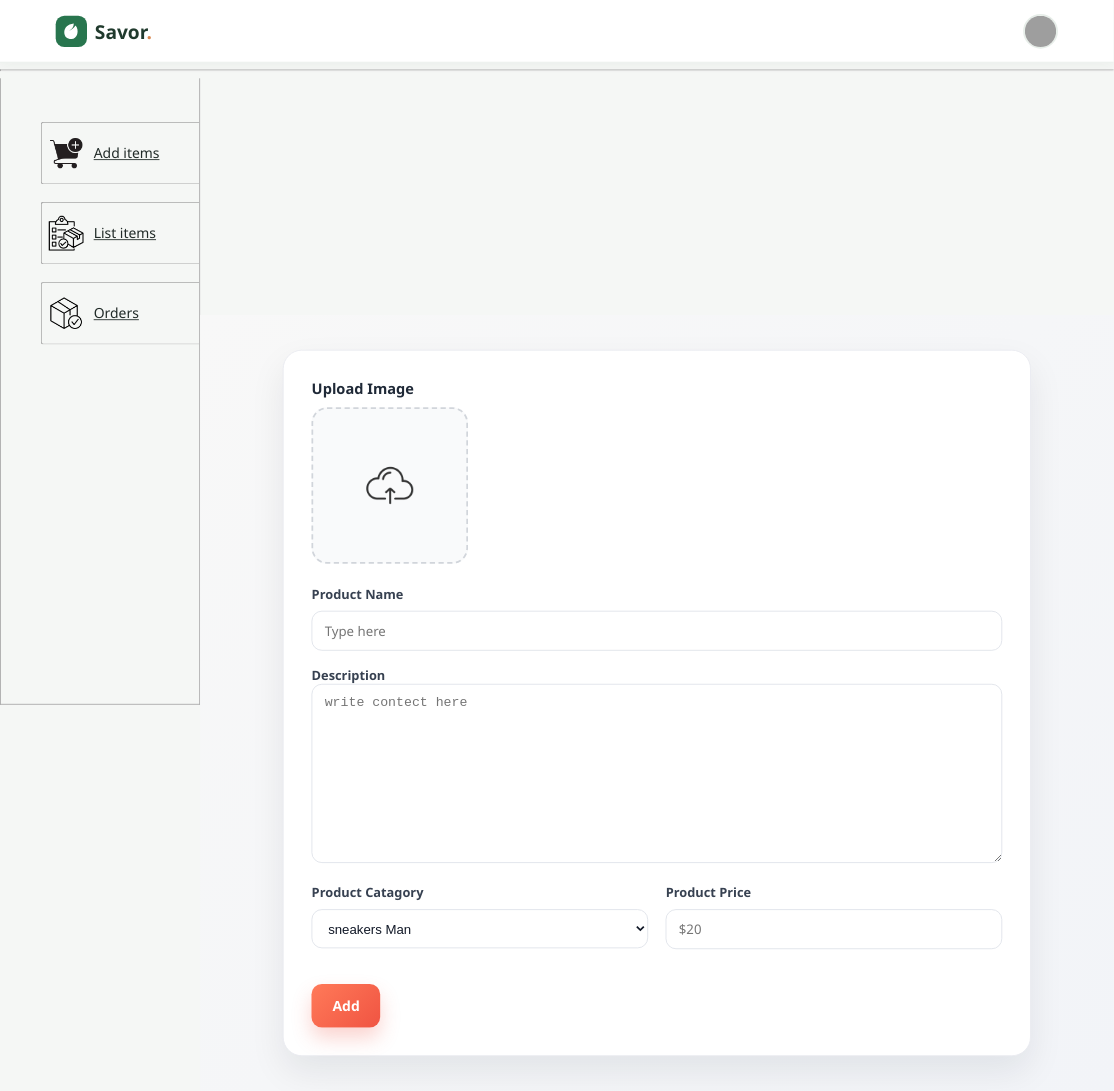
Repository: prince44991/Ecommerce-Project-Full-Stack
Page: /Additem (app in admin/my-react-app/)
An editor plug-in stored every save of this project. The page is shown before and after the next save, followed by the edit.
The browser window is 1280 px wide. The pictures show the whole page, at 87% of full size.
Pictures or frames that could not be fetched are drawn as grey boxes. The project was rebuilt for these pictures with package versions that can differ from the ones it lists, and the page was loaded fresh each time. Also part of the build but not shown: admin/my-react-app/vite.config.js, admin/my-react-app/src/pages/Order/Order.jsx, admin/my-react-app/src/pages/List/List.jsx.

Above is the page before, as saved 2026-09-29 21:19:48.

### admin/my-react-app/index.html
<!doctype html>
<html lang="en">
  <head>
    <meta charset="UTF-8" />
    <link rel="icon" type="image/svg+xml" href="/favicon.svg" />
    <meta name="viewport" content="width=device-width, initial-scale=1.0" />
    <title>my-react-app</title>
  </head>
  <body>
    <div id="root"></div>
    <script type="module" src="/src/main.jsx"></script>
  </body>
</html>

### admin/my-react-app/src/index.css
:root {
  font-family: 'DM Sans', 'Segoe UI', sans-serif;
  font-synthesis: none;
  text-rendering: optimizeLegibility;
  -webkit-font-smoothing: antialiased;
  -moz-osx-font-smoothing: grayscale;
  font-optical-sizing: auto;
  font-weight: 400;
  color: #202a27;
  background: #f5f7f5;
}

* {
  box-sizing: border-box;
}

body {
  min-width: 320px;
  min-height: 100vh;
  margin: 0;
}

button,
input {
  font: inherit;
}

a {
  color: inherit;
}

### admin/my-react-app/src/App.jsx
import Navbar from './components/Navbar/Navbar.jsx'
import Sliderbar from './components/Sliderbar/Sliderbar.jsx'
import { BrowserRouter, Route, Routes } from "react-router-dom"
import Add from './pages/Add/Add.jsx'
import Order from './pages/Order/Order.jsx'
import List from './pages/List/List.jsx'
function App() {
  return (
    <>
    <BrowserRouter>
    <Navbar />
    <hr/>
    <Sliderbar/>
    <Routes>
      <Route path='/Additem' element={<Add/>} />
      <Route path='/Listitem' element={<List/>} />
      <Route path='/Orders' element={<Order/>} />
    </Routes>
    </BrowserRouter>
    </>
  )
}

export default App

### admin/my-react-app/src/components/Navbar/Navbar.jsx
import React from 'react'
import './Navbar.css'

const Navbar = () => {
  return (
    <header className="navbar">
      <a className="navbar__brand" href="#dashboard" aria-label="Savor admin dashboard">
        <span className="navbar__logo" aria-hidden="true">
          <svg viewBox="0 0 32 32" fill="none">
            <path d="M16 27c-6.2 0-10-4.2-10-9.7C6 11.6 10.5 6 19.5 5c-.2 5.6-2.7 8.3-6.8 10.2 3.4-1.1 7-3.7 9.2-7.4C27.7 14 24.8 27 16 27Z" fill="currentColor" />
            <path d="M9 23c3.2-4.2 6.1-6.3 10.8-8.4" stroke="white" strokeWidth="1.8" strokeLinecap="round" />
          </svg>
        </span>
        <span className="navbar__name">Savor<span>.</span></span>
      </a>

      <img
        className="navbar__avatar"
        src="https://images.unsplash.com/photo-1534528741775-53994a69daeb?auto=format&fit=crop&w=128&h=128&q=80"
        alt="Admin profile"
      />
    </header>
  )
}

export default Navbar

### admin/my-react-app/src/components/Sliderbar/Sliderbar.jsx
import React from 'react'
import './Sliderbar.css'
import item from '../../assets/add-to-cart.png';
import list from '../../assets/list-items.png';
import order from '../../assets/package.png';
import { NavLink } from 'react-router-dom';
const Sliderbar = () => {
  return (
    <div>
    <div className="sidebar">
        <div className="sidbar-options">
            <div className="sidbar-option">
                <img src={item} alt="" />
                <NavLink to="/Additem"><p className='par'>Add items</p></NavLink>
            </div>
            <div className="sidbar-option">
                <img src={list} alt="" />
                <NavLink to="/Listitem"><p className='par'>List items</p></NavLink>
            </div>
            <div className="sidbar-option">
                <img src={order} alt="" />
                <NavLink to="/Orders"><p className='par'>Orders</p></NavLink>
            </div>
        </div>
    </div>
    </div>
  )
}

export default Sliderbar

### admin/my-react-app/src/pages/Add/Add.jsx
/** @format */

import React from "react";
import cloud from "../../assets/cloud-computing.png";
import "./Add.css";
const Add = () => {
  return (
    <div className="add">
      <form>
        <div className="add-img-upload flex-col mt-4">
          <h4>Upload Image</h4>
          <label htmlFor="image">
            <img src={cloud} />
          </label>
          <input type="file" id="image" hidden required />
        </div>
        <div className="add-product-name flex-col">
          <p>product name</p>
          <input type="text" name="name" placeholder="Type here" id="image" />
        </div>
        <div className="add-product-description">
          <p>description</p>
          <textarea
            name="description"
            rows="10"
            cols="30"
            placeholder="write contect here"
          ></textarea>
        </div>
        <div className="add-catagory-price">
          <div className="add-catagory flex-col">
            <p>Product catagory</p>
            <select name="catagory">
              <option value="sneakers Man">sneakers Man</option>
              <option value="Loafers">Loafers</option>
              <option value="Sports & Athletic Shoes">
                Sports & Athletic Shoes
              </option>
              <option value="Oxfords">Oxfords</option>
              <option value="Chelsea Boots">Chelsea Boots</option>
              <option value="Flats / Ballerinas">Flats / Ballerinas</option>
              <option value="Heels">Heels</option>
              {/* <option value="Chelsea Boots"></option> */}
            </select>
          </div>

          <div className="add-price flex-col">
            <p>product price</p>
            <input type="number" name="price" placeholder="$20" />
          </div>
        </div>
        <button>Add</button>
      </form>
    </div>
  );
};

export default Add;

### admin/my-react-app/src/components/Navbar/Navbar.css
.navbar {
	display: flex;
	width: 100%;
	min-height: 72px;
	align-items: center;
	justify-content: space-between;
	gap: 24px;
	padding: 0 clamp(18px, 5vw, 64px);
	border-bottom: 1px solid #e8eeea;
	background: #fff;
	box-shadow: 0 3px 14px rgb(30 59 43 / 5%);
}

.navbar__brand {
	display: inline-flex;
	flex: 0 0 auto;
	align-items: center;
	gap: 9px;
	color: #203a2d;
	text-decoration: none;
}

.navbar__logo {
	display: grid;
	width: 36px;
	height: 36px;
	place-items: center;
	border-radius: 10px;
	color: #fff;
	background: #28754e;
}

.navbar__logo svg {
	width: 26px;
	height: 26px;
}

.navbar__name {
	font-size: 22px;
	font-weight: 700;
}

.navbar__name span {
	color: #d98750;
}

.navbar__avatar {
	width: 40px;
	height: 40px;
	flex: 0 0 auto;
	border: 2px solid #e7eee9;
	border-radius: 50%;
	object-fit: cover;
	object-position: center 38%;
}

.navbar__brand:focus-visible {
	outline: 2px solid #28754e;
	outline-offset: 4px;
}

@media (max-width: 560px) {
	.navbar {
		min-height: 64px;
		gap: 18px;
		padding: 0 18px;
	}
}

### admin/my-react-app/src/components/Sliderbar/Sliderbar.css
img{
    width: 40px;
}

.sidebar{
    width: 18%;
     min-height: 100vh;
    border: 1.5px solid #a9a9a9;
    border-top: 0;
}
.sidbar-options{
    padding-top: 50px;
    padding-left: 20%;
    display: flex;
    flex-direction: column;
    gap: 20px;
}
.sidbar-option{
    display: flex;
     align-items: center;
    gap: 12px;
    border: 1px solid #a9a9a9;
    border-right: 0;
    padding: 8px;
    border-radius: 3px 0px 0px 3px;
    cursor: pointer;
     /* text-decoration: none; */
}
.par{
    text-decoration: none;
}

### admin/my-react-app/src/pages/Add/Add.css
.add {
  display: flex;
  justify-content: center;
  align-items: flex-start;
  padding: 40px 20px;
  background: linear-gradient(135deg, #f8f8f8 0%, #f2f4f8 100%);
  min-height: calc(100vh - 80px);
  margin-top:-35vw;
  margin-left: 18vw;
}

.add form {
  width: min(860px, 100%);
  background: #ffffff;
  border: 1px solid #e9ebf0;
  border-radius: 22px;
  padding: 32px;
  box-shadow: 0 18px 40px rgba(17, 24, 39, 0.08);
}

.flex-col {
  display: flex;
  flex-direction: column;
  gap: 10px;
}

.add-img-upload {
  margin-bottom: 24px;
}

.add-img-upload h4 {
  margin: 0;
  font-size: 1.05rem;
  font-weight: 700;
  color: #1f2937;
}

.add-img-upload label {
  width: 180px;
  height: 180px;
  border: 2px dashed #d1d5db;
  border-radius: 18px;
  background: #f9fafb;
  display: flex;
  justify-content: center;
  align-items: center;
  cursor: pointer;
  transition: all 0.25s ease;
}

.add-img-upload label:hover {
  border-color: #ff7a59;
  background: #fff4f1;
}

.add-img-upload img {
  width: 54px;
  height: 54px;
  object-fit: contain;
  opacity: 0.8;
}

.add-product-name,
.add-product-description,
.add-catagory,
.add-price {
  margin-bottom: 18px;
}

.add-product-name p,
.add-product-description p,
.add-catagory p,
.add-price p {
  margin: 0;
  font-size: 0.92rem;
  font-weight: 600;
  text-transform: capitalize;
  color: #374151;
}

.add input,
.add textarea,
.add select {
  width: 100%;
  border: 1px solid #dfe3ea;
  border-radius: 12px;
  padding: 12px 14px;
  background: #ffffff;
  color: #111827;
  font-size: 0.95rem;
  transition: border 0.2s ease, box-shadow 0.2s ease;
}

.add input:focus,
.add textarea:focus,
.add select:focus {
  outline: none;
  border-color: #ff855a;
  box-shadow: 0 0 0 4px rgba(255, 133, 90, 0.12);
}

.add textarea {
  min-height: 140px;
  resize: vertical;
}

.add-catagory-price {
  display: grid;
  grid-template-columns: repeat(2, minmax(220px, 1fr));
  gap: 20px;
  margin-bottom: 22px;
}

.add button {
  border: none;
  border-radius: 12px;
  background: linear-gradient(135deg, #ff7a59 0%, #f05442 100%);
  color: #fff;
  font-size: 1rem;
  font-weight: 700;
  padding: 14px 24px;
  cursor: pointer;
  transition: transform 0.2s ease, box-shadow 0.2s ease;
  box-shadow: 0 12px 22px rgba(240, 84, 66, 0.25);
}

.add button:hover {
  transform: translateY(-1px);
  box-shadow: 0 16px 28px rgba(240, 84, 66, 0.28);
}

@media (max-width: 640px) {
  .add {
    padding: 20px 14px;
  }

  .add form {
    padding: 20px 16px;
    border-radius: 16px;
  }

  .add-catagory-price {
    grid-template-columns: 1fr;
    gap: 14px;
  }

  .add-img-upload label {
    width: 100%;
    max-width: 210px;
    height: 150px;
  }
}

Loaded but not shown: admin/my-react-app/src/main.jsx (common file)

After the next save:
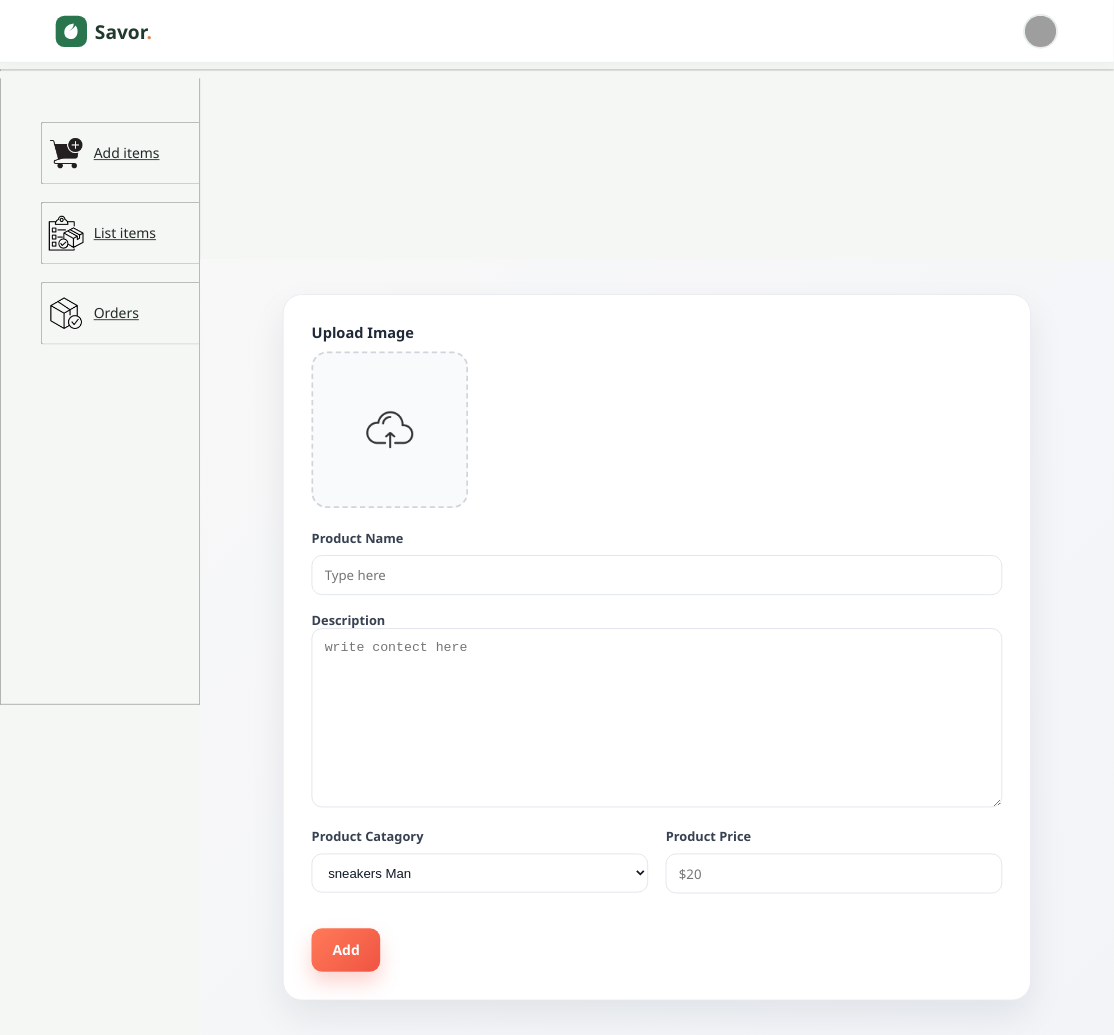
Saved 8 s later.
--- a/admin/my-react-app/src/pages/Add/Add.css
+++ b/admin/my-react-app/src/pages/Add/Add.css
@@ -5,7 +5,7 @@
   padding: 40px 20px;
   background: linear-gradient(135deg, #f8f8f8 0%, #f2f4f8 100%);
   min-height: calc(100vh - 80px);
-  margin-top:-35vw;
+  margin-top:-40vw;
   margin-left: 18vw;
 }
 
